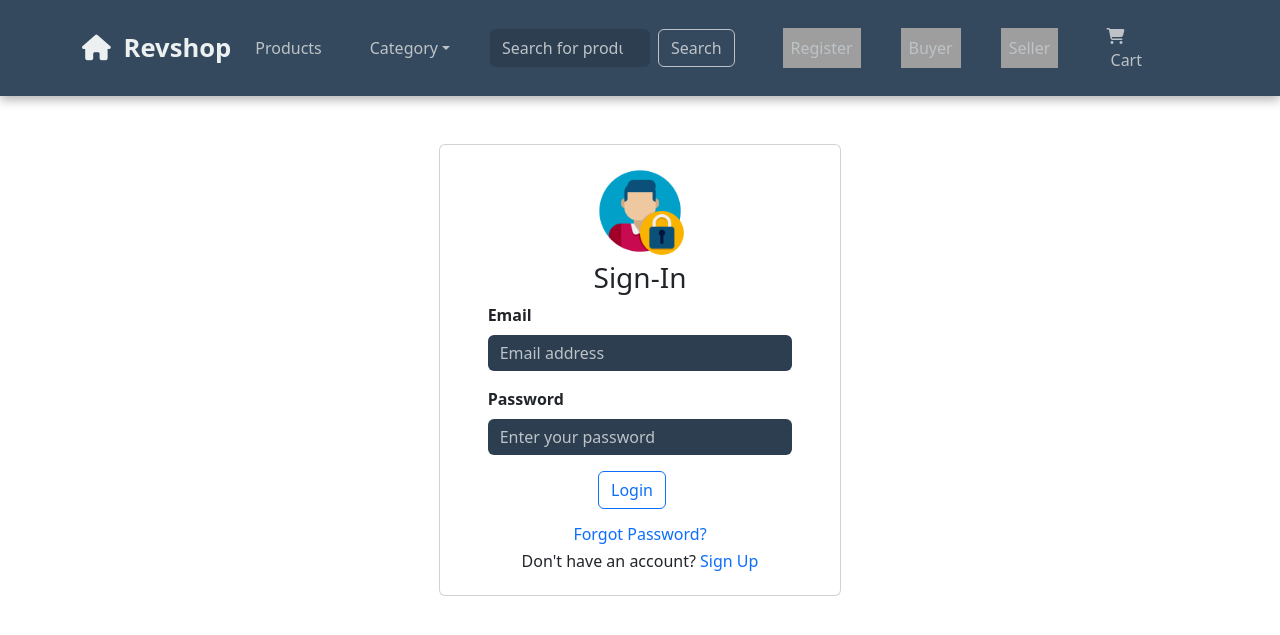
Repository: pratikp99/E-Commerce-Webapp-
Page: http://localhost/Revshop_WebApp/login.jsp
These files come from the project's save history. The page is drawn as it stood at one moment and after the next save; the edit follows.
The browser window is 1280 px wide. The pictures show the whole page.
Pictures or frames that could not be fetched are drawn as grey boxes. The page is served by Tomcat 10. Queries for data that is not in the repository find no rows.

Above is the page before, as saved 2024-08-31 06:38:52.

After the next save:
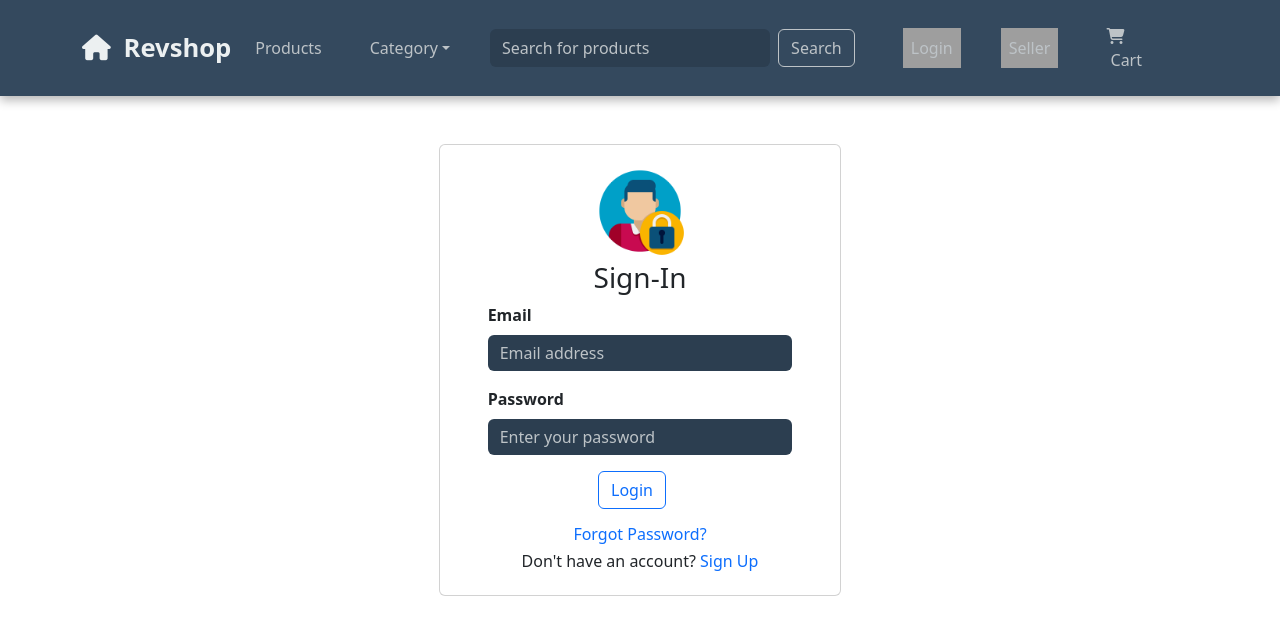
Saved 80 s later.
--- a/Revshop WebApp/src/main/webapp/Components/navbar.jsp
+++ b/Revshop WebApp/src/main/webapp/Components/navbar.jsp
@@ -212,8 +212,8 @@ List<categoryModel> categoryList = catDao.getAllCategories();
             </ul>
             <% } else { %>
             <ul class="navbar-nav ml-auto">
-                                <li class="nav-item active pe-2"><a class="nav-link register-link" aria-current="page" href="register.jsp">Register</a></li>
-                <li class="nav-item pe-2"><a class="nav-link buyer-link" aria-current="page" href="login.jsp">Buyer</a></li>
+
+                <li class="nav-item pe-2"><a class="nav-link buyer-link" aria-current="page" href="login.jsp">Login</a></li>
                 <li class="nav-item pe-2"><a class="nav-link seller-link" aria-current="page" href="adminlogin.jsp">Seller</a></li>
                 <li class="nav-item active pe-3"><a class="nav-link position-relative" aria-current="page"
                         href="cart.jsp"><i class="fa-solid fa-cart-shopping"></i> &nbsp;Cart<span
